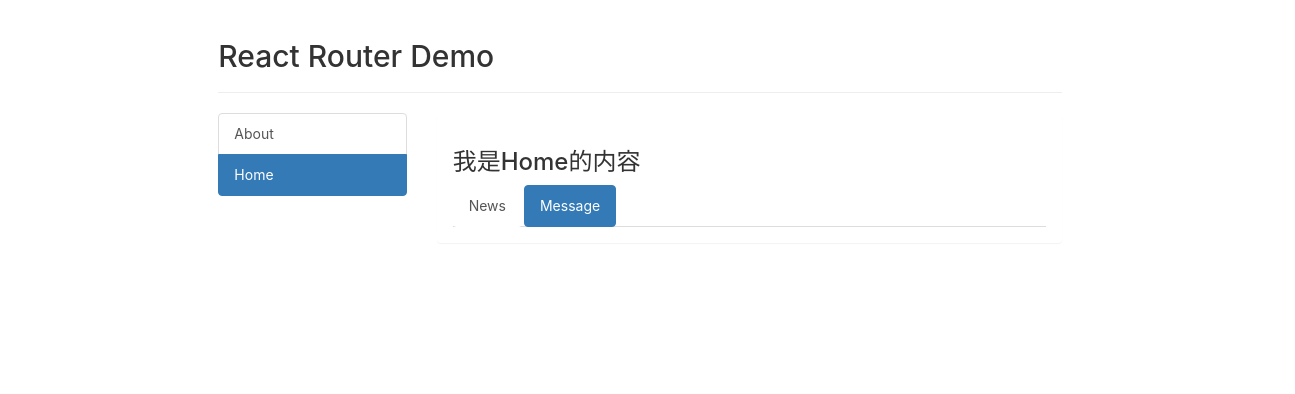
Repository: Shanshan67/React_a
Page: /home
An editor plug-in stored every save of this project. The page is shown before and after the next save, followed by the edit.
The browser window is 1280 px wide. The page is 1295 px wide, so the pictures cover 1295 px, including what lies to the right of the window. The pictures show the whole page.
The project was rebuilt for these pictures with package versions that can differ from the ones it lists, and the page was loaded fresh each time. Imported but missing from the stored project, and not drawn on this page: src/pages/About.

Above is the page before, as saved 2022-12-07 21:05:38.

After the next save:
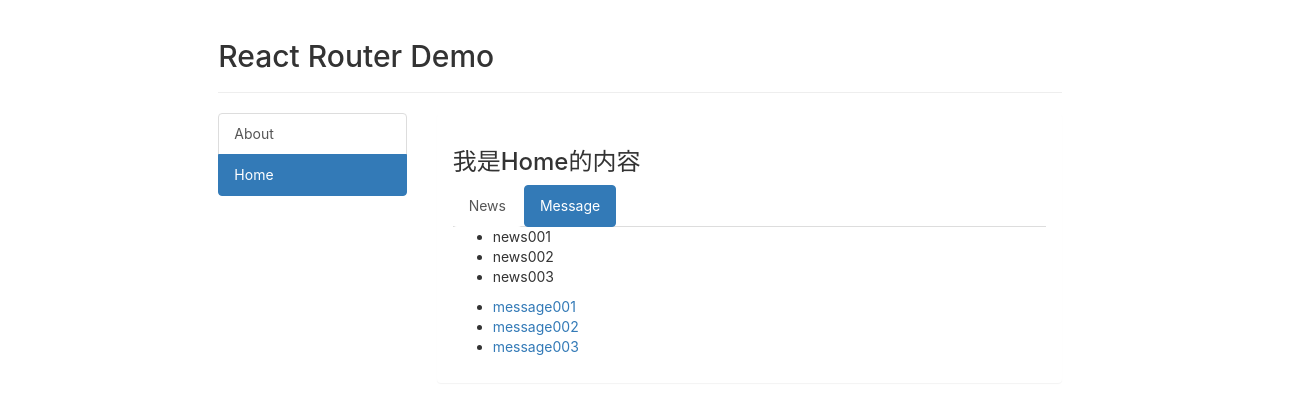
Saved 100 s later.
--- a/src/pages/Home/index.jsx
+++ b/src/pages/Home/index.jsx
@@ -1,4 +1,6 @@
 import React, { Component } from 'react'
+import News from './News'
+import Message from './Message'
 
 export default class Home extends Component {
     render() {
@@ -14,7 +16,8 @@ export default class Home extends Component {
                 <a className="list-group-item active" href="./home-message.html">Message</a>
             </li>
             </ul>
-
+                <News/>
+                <Message/>
             </div>
         </div>
     )
